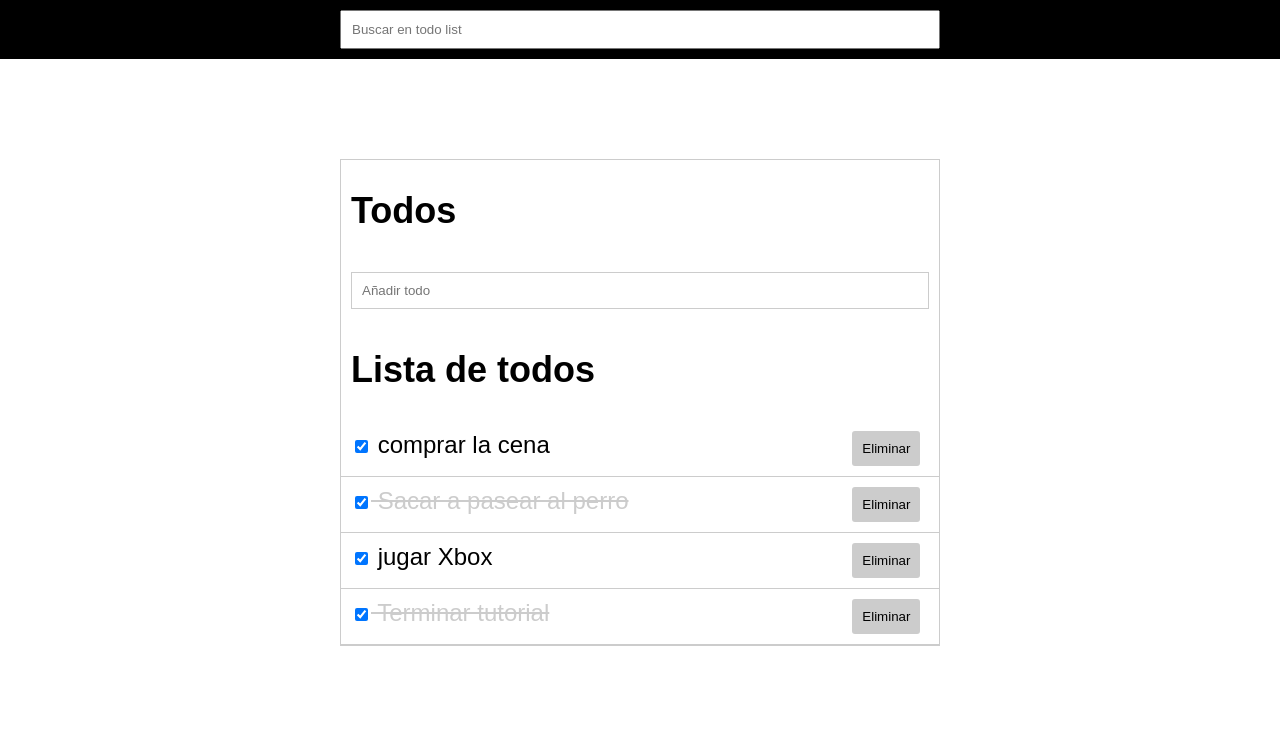
Repository: MauriVaz/Primer-app-con-Vue
Page: /
The author's editor kept a copy of each file at every save. The page is drawn from the files as they stood at one save, then again after the next save.
The browser window is 1280 px wide. The pictures show the whole page.
The project was rebuilt for these pictures with package versions that can differ from the ones it lists, and the page was loaded fresh each time. Also part of the build but not shown: vue.config.js.

Above is the page before, as saved 2022-12-28 21:57:53.

After the next save:
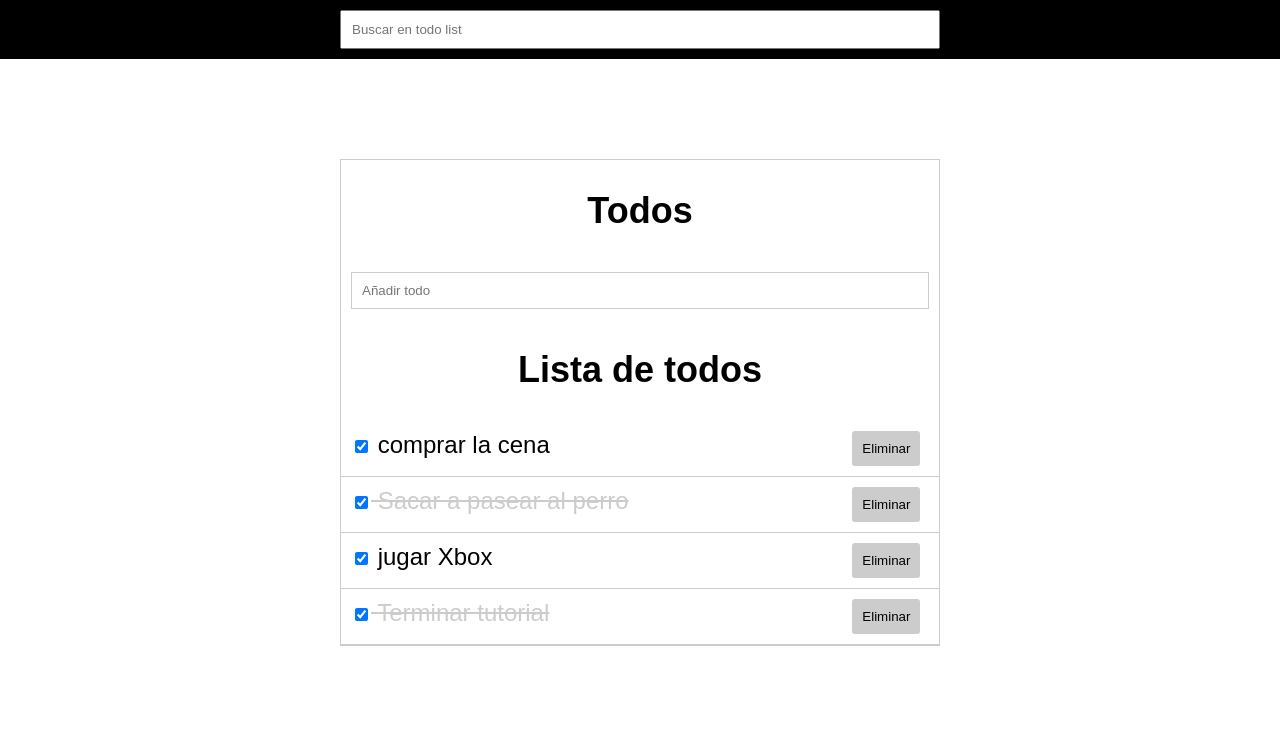
Saved 18 s later.
--- a/src/components/Todos.vue
+++ b/src/components/Todos.vue
@@ -18,4 +18,8 @@ import TodoItem from './TodoItem';
     }
 </script>
 
-<style></style>
+<style>
+h2{
+    text-align: center;
+}
+</style>
